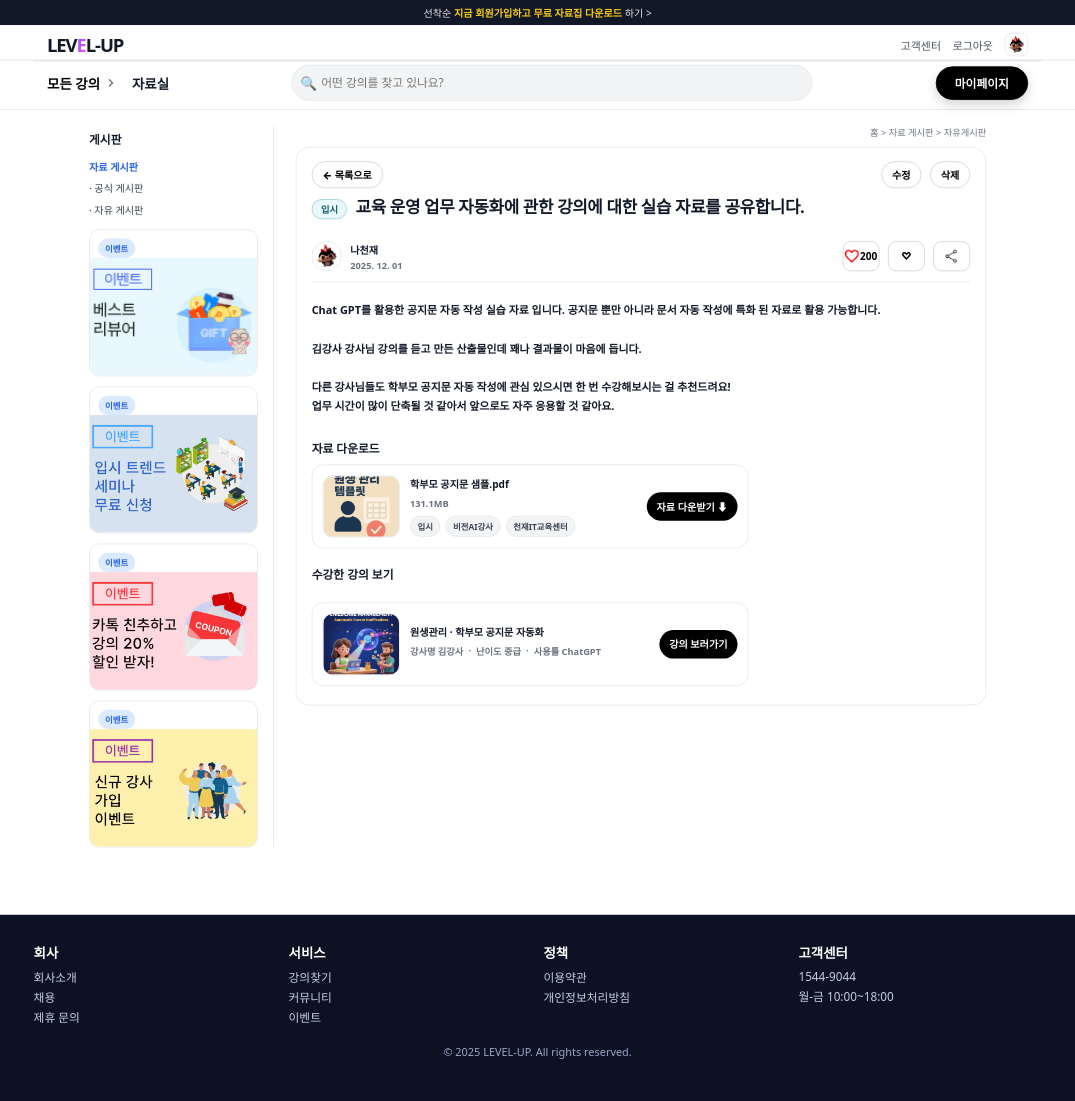
Repository: Iimchaehoon/level_up
Page: board_detail.html
These files come from the project's save history. The page is drawn as it stood at one moment and after the next save; the edit follows.
The browser window is 1280 px wide. The pictures show the whole page, at 84% of full size.

Above is the page before, as saved 2025-12-16 23:01:37.

After the next save:
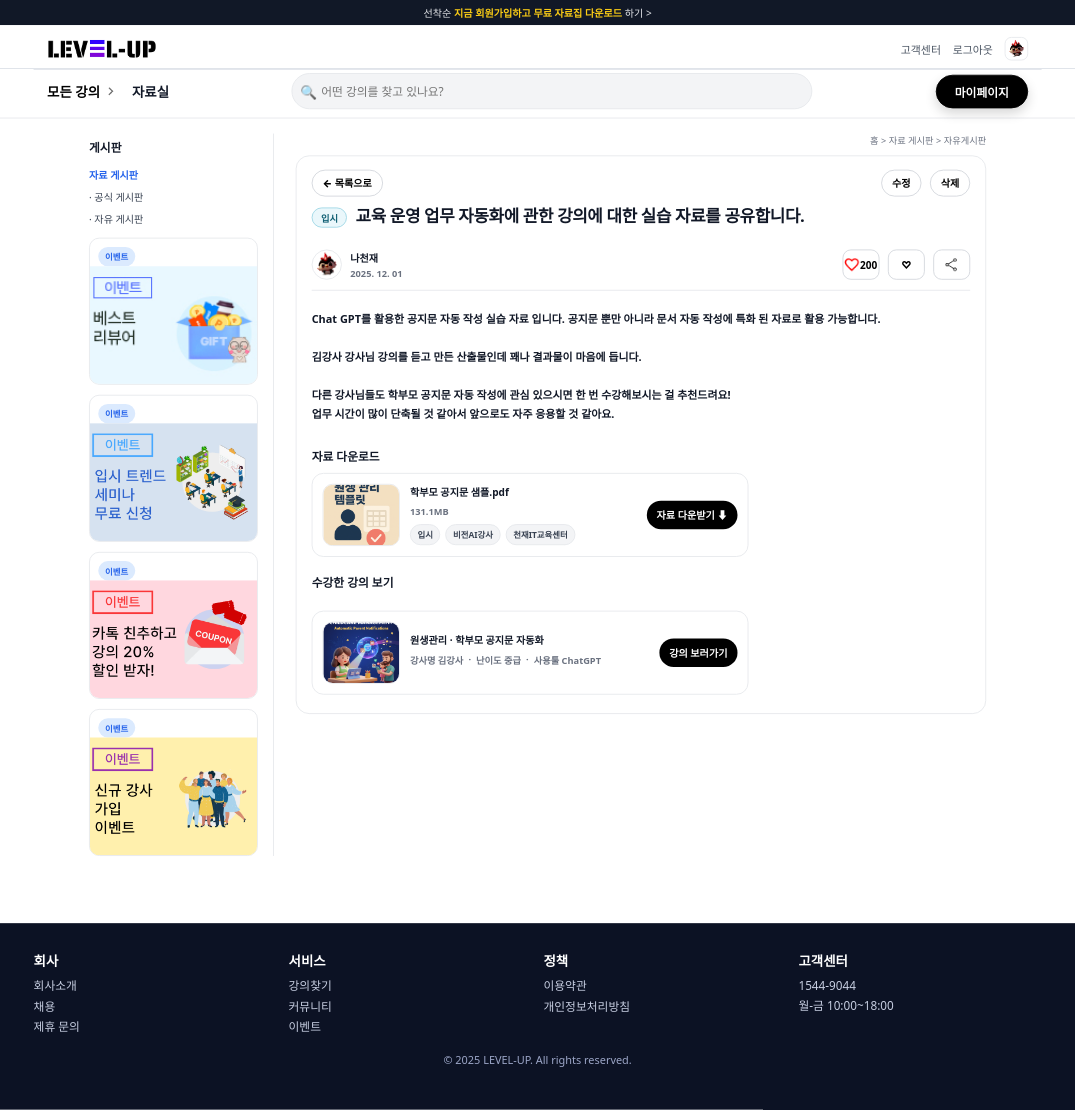
Saved 66 s later.
--- a/board_detail.html
+++ b/board_detail.html
@@ -392,6 +392,43 @@
       .side{ border-right:none; padding-right:0; }
       .resource-card{ max-width:100%; }
     }
+    /* ✅ 헤더 상단줄(.header-top) 아래에 "풀가로" 구분선 */
+.header-top{
+  position: relative;
+  border-bottom: none !important; /* 기존 1100 안쪽 선 제거(있으면) */
+}
+
+.header-top::after{
+  content:"";
+  position:absolute;
+  left:50%;
+  transform: translateX(-50%);
+  bottom:0;
+  width:100vw;                  /* ✅ 화면 전체 폭 */
+  height:1px;
+  background: rgba(148, 163, 184, 0.35);
+  pointer-events:none;
+}
+/* ✅ 섹션 폭을 헤더(1100)와 동일하게 맞추기: 폭/정렬만 */
+:root{
+  --container: 1100px; /* 헤더와 동일 */
+}
+
+/* main 자체 폭을 헤더와 통일 */
+main{
+  max-width: var(--container) !important;
+  margin-left: auto !important;
+  margin-right: auto !important;
+}
+
+/* 섹션들이 혹시 별도 max-width 쓰면 같이 통일 */
+.lecture-section,
+.testimonials,
+.info-section{
+  max-width: var(--container) !important;
+  margin-left: auto !important;
+  margin-right: auto !important;
+}
   </style>
 </head>
 
@@ -403,9 +440,10 @@
   <!-- 헤더 -->
   <header class="header" id="headerRoot">
     <div class="header-top">
-      <div class="header-top__left">
-        <a href="index.html" class="brand">LEV<span class="brand__e">E</span>L-UP</a>
-      </div>
+      <a href="index.html" class="brand" id="brandLogo">
+  <img src="./assets/top_logo.png" alt="LEVEL-UP" width="130" height="40">
+</a>
+
       <div class="header-top__right header-top__right--authed">
         <span class="nav-util">고객센터</span>
         <span class="nav-util">로그아웃</span>
